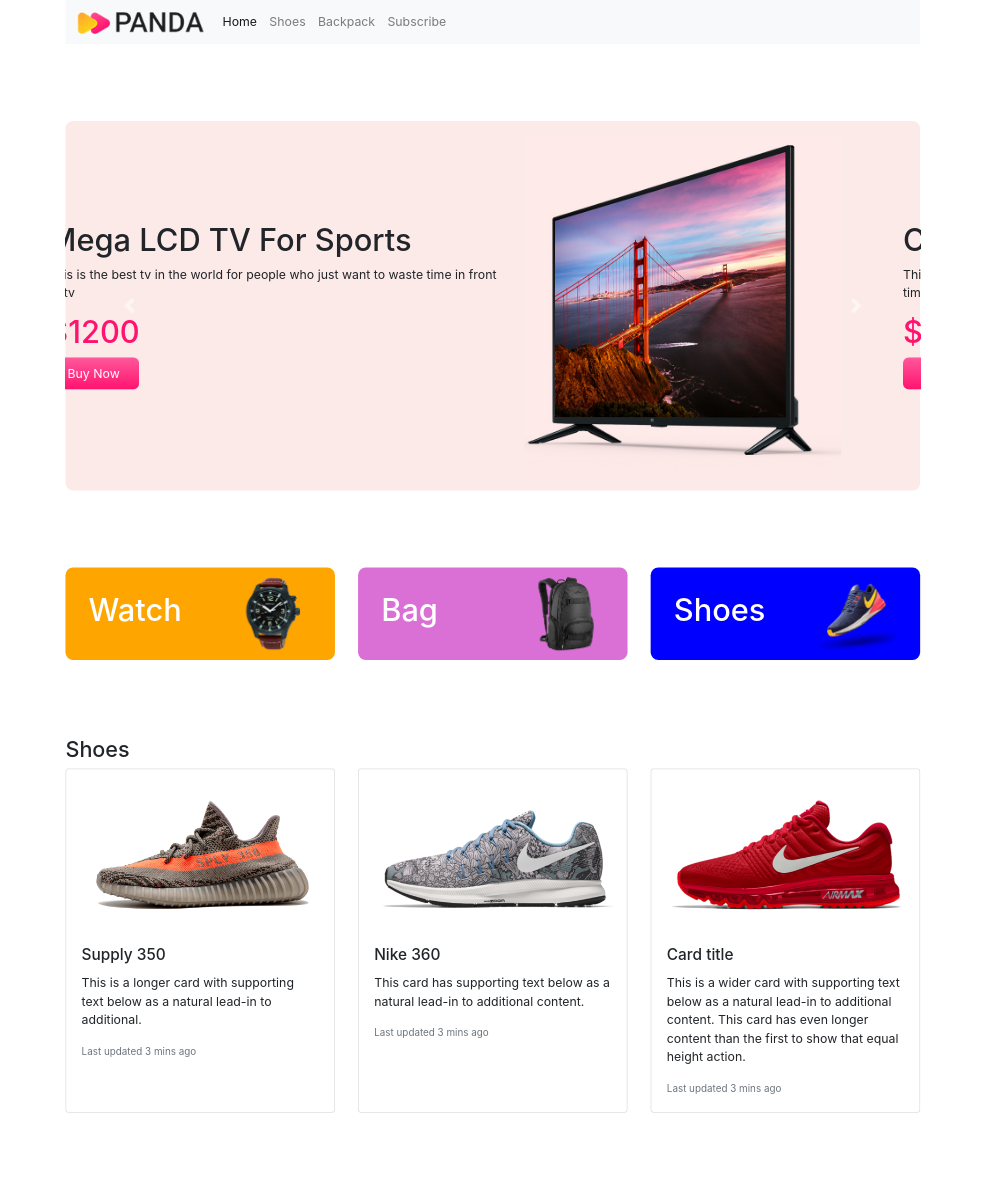
Repository: mohsinfarabi/panda-commerce
Page: index.html
An editor plug-in stored every save of this project. The page is shown before and after the next save, followed by the edit.
The browser window is 1280 px wide. The pictures show the whole page, at 77% of full size.

Above is the page before, as saved 2020-07-07 03:07:34.

After the next save:
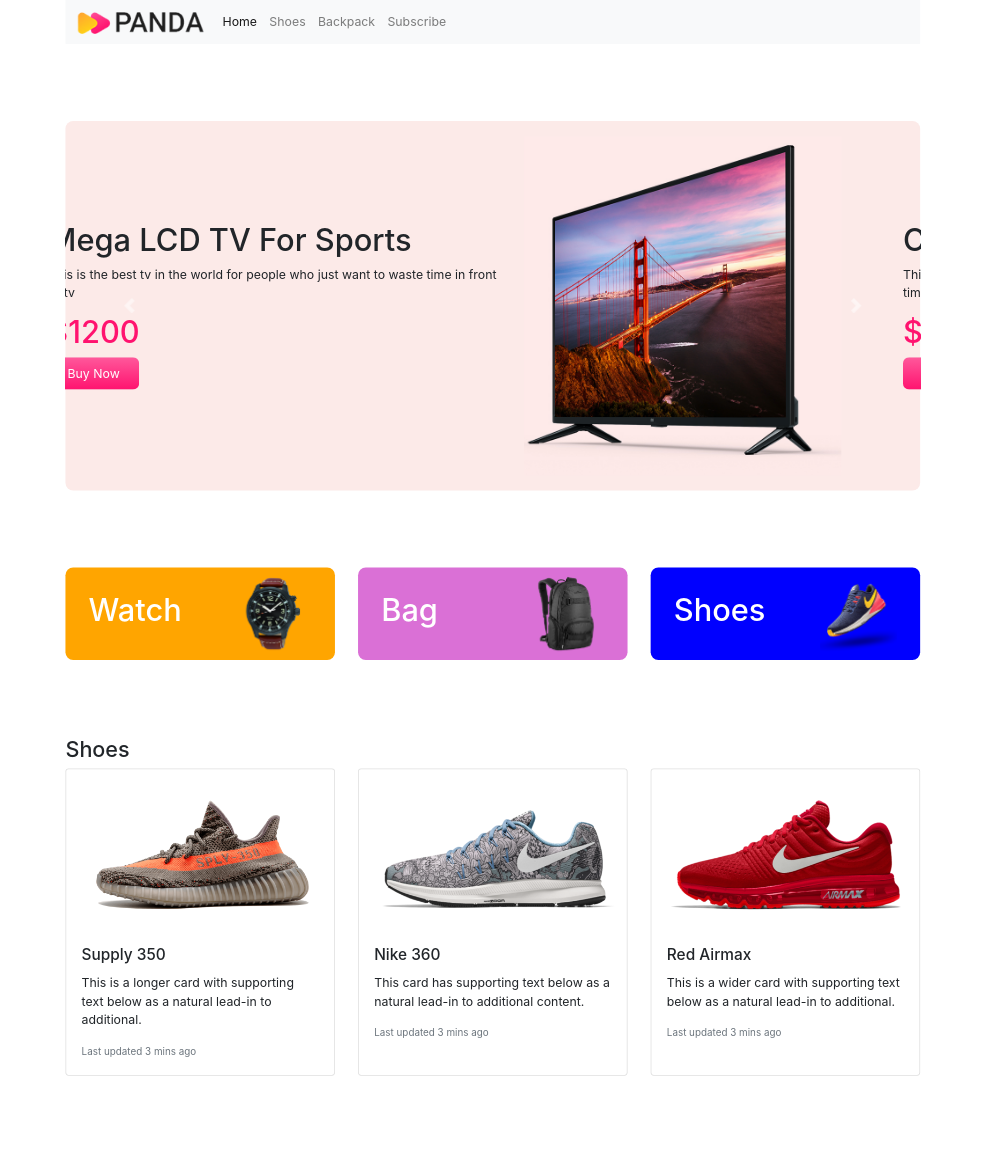
Saved 19 s later.
--- a/index.html
+++ b/index.html
@@ -133,8 +133,8 @@
             <div class="card">
                 <img src="images/shoes/shoe-3.png" class="card-img-top" alt="...">
                 <div class="card-body">
-                    <h5 class="card-title">Card title</h5>
-                    <p class="card-text">This is a wider card with supporting text below as a natural lead-in to additional content. This card has even longer content than the first to show that equal height action.</p>
+                    <h5 class="card-title">Red Airmax</h5>
+                    <p class="card-text">This is a wider card with supporting text below as a natural lead-in to additional.</p>
                     <p class="card-text"><small class="text-muted">Last updated 3 mins ago</small></p>
                 </div>
             </div>
